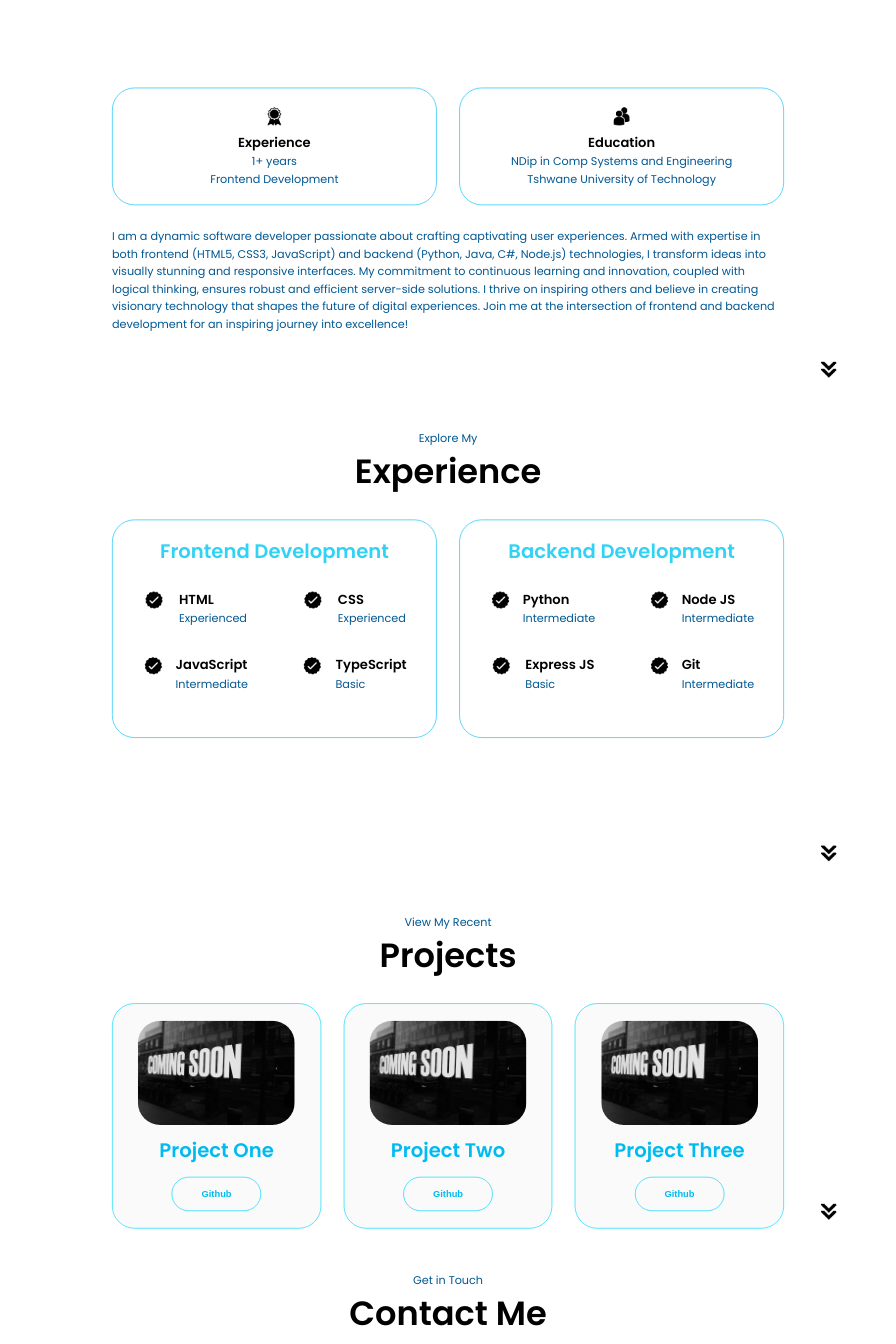
Repository: ntandomagana/FS-Dev-Portfolio
Page: index.html
These files come from the project's save history. The page is drawn as it stood at one moment and after the next save; the edit follows.
The browser window is 1280 px wide. The pictures show the part of the page from y = 923 to 2843 px (the page is 3177 px tall), at 70% of full size.

Above is the page before, as saved 2024-05-04 21:16:52.

After the next save:
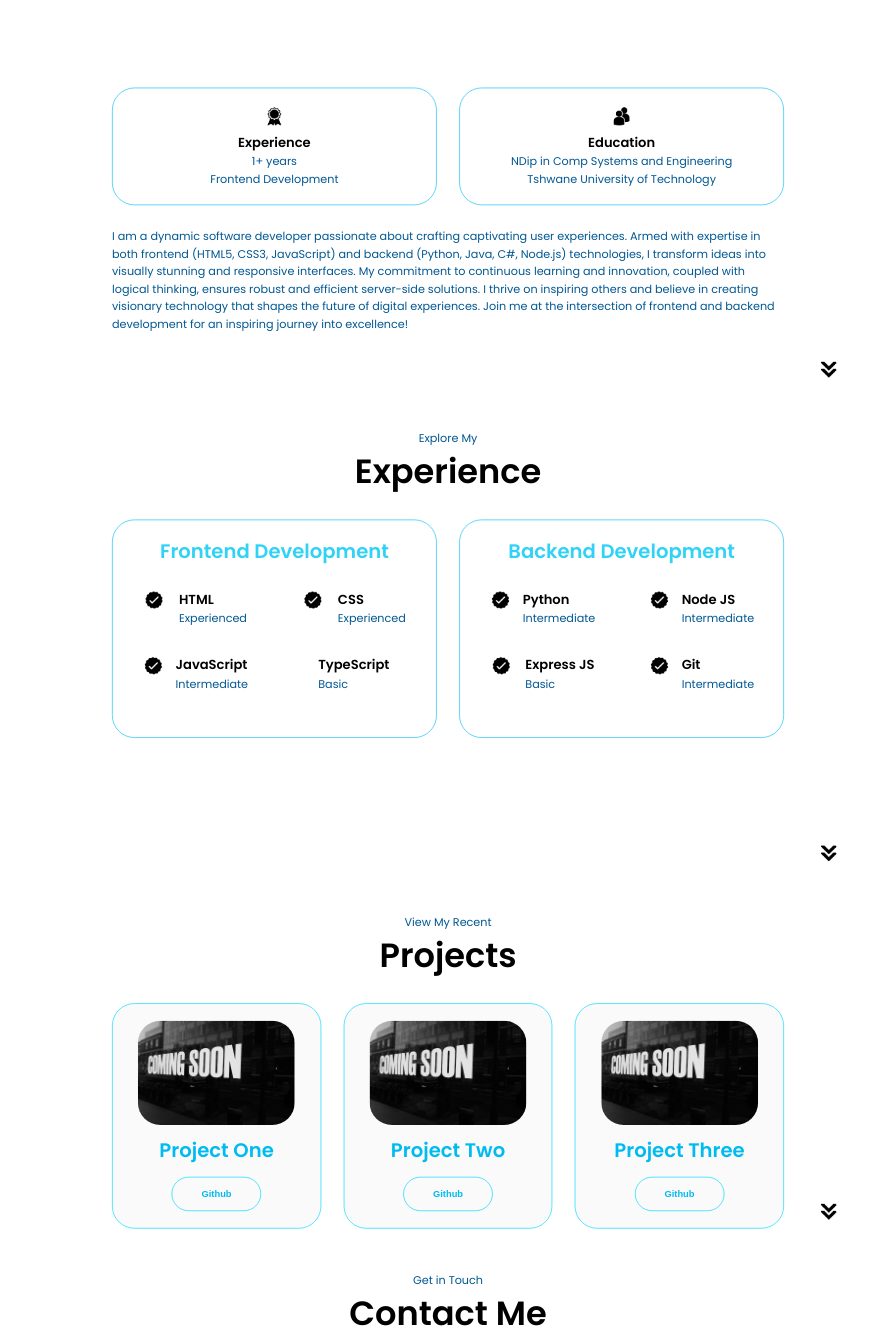
Saved 33 s later.
--- a/index.html
+++ b/index.html
@@ -173,11 +173,7 @@
                 </div>
               </article>
               <article>
-                <img
-                  src="./assets/checkmark.png"
-                  alt="Experience icon"
-                  class="icon"
-                />
+
                 <div>
                   <h3>TypeScript</h3>
                   <p>Basic</p>

After the save that followed:
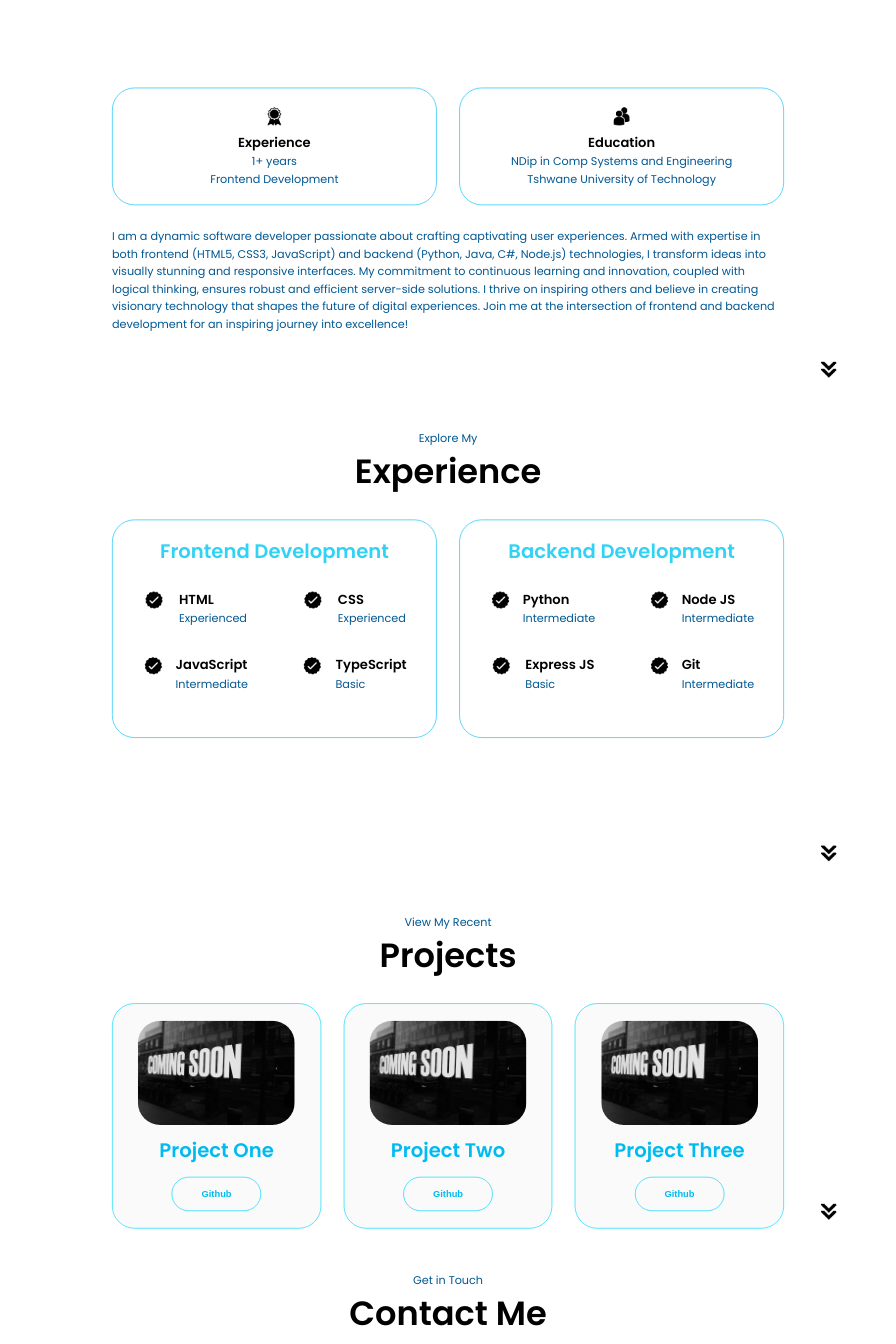
Saved 5 s later.
--- a/index.html
+++ b/index.html
@@ -173,7 +173,11 @@
                 </div>
               </article>
               <article>
-
+                <img
+                  src="./assets/checkmark.png"
+                  alt="Experience icon"
+                  class="icon"
+                />
                 <div>
                   <h3>TypeScript</h3>
                   <p>Basic</p>
